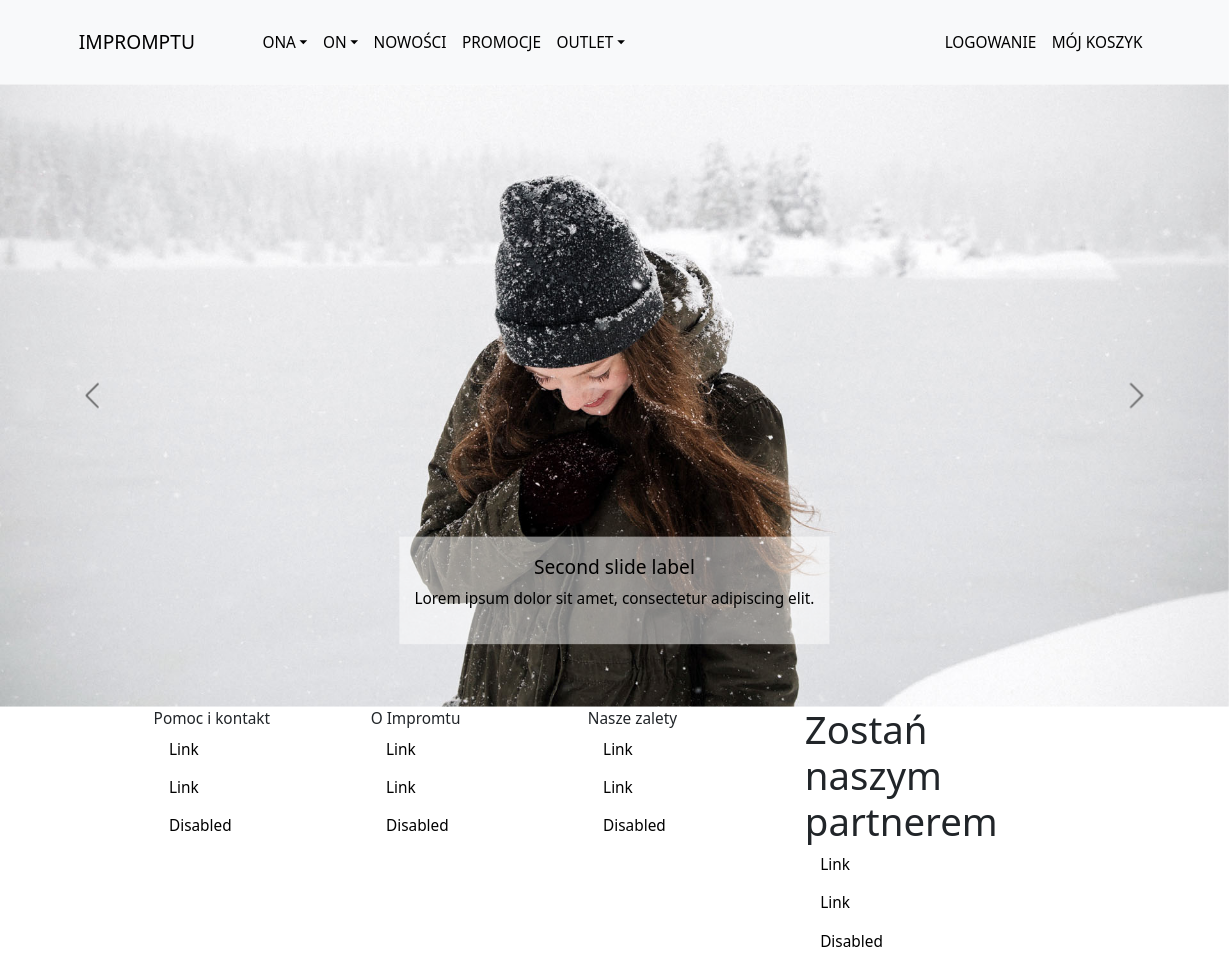
Repository: michalgornicki/Impromptu
Page: /
An editor plug-in stored every save of this project. The page is shown before and after a run of saves, followed by the edit.
The browser window is 1280 px wide. The pictures show the whole page, at 96% of full size.
The project was rebuilt for these pictures with package versions that can differ from the ones it lists, and the page was loaded fresh each time.

Above is the page before, as saved 2021-12-23 13:39:01.

### src/App.jsx
import React from "react";
import "./App.css";
import "bootstrap/dist/css/bootstrap.min.css";
import Container from "react-bootstrap/Container";
import Navbar from "react-bootstrap/Navbar";
import Nav from "react-bootstrap/Nav";
import NavDropdown from "react-bootstrap/NavDropdown";
import Carousel from "react-bootstrap/Carousel";
import Row from "react-bootstrap/Row";
import Col from "react-bootstrap/Col";
import photo1 from "./1.jpg";
import photo2 from "./2.jpg";
import photo3 from "./3.jpg";
import photo4 from "./4.jpg";
import photo5 from "./5.jpg";

function App() {
  return (
    <p>
      <Navbar
        collapseOnSelect
        expand="lg"
        bg="light"
        variant="light"
        className="py-4 display-8 text-dark"
      >
        <Container>
          <Navbar.Brand href="#home" className="w-15">IMPROMPTU</Navbar.Brand>
          <Navbar.Toggle aria-controls="responsive-navbar-nav" />
          <Navbar.Collapse id="responsive-navbar-nav">
            <Nav className="me-auto">
              <NavDropdown title="ONA" id="collasible-nav-dropdown">
                <NavDropdown.Item href="#action/3.1">Action</NavDropdown.Item>
                <NavDropdown.Item href="#action/3.2">
                  Another action
                </NavDropdown.Item>
                <NavDropdown.Item href="#action/3.3">
                  Something
                </NavDropdown.Item>
                <NavDropdown.Divider />
                <NavDropdown.Item href="#action/3.4">
                  Separated link
                </NavDropdown.Item>
              </NavDropdown>
              <NavDropdown title="ON" id="collasible-nav-dropdown">
                <NavDropdown.Item href="#action/3.1">Action</NavDropdown.Item>
                <NavDropdown.Item href="#action/3.2">
                  Another action
                </NavDropdown.Item>
                <NavDropdown.Item href="#action/3.3">
                  Something
                </NavDropdown.Item>
                <NavDropdown.Divider />
                <NavDropdown.Item href="#action/3.4">
                  Separated link
                </NavDropdown.Item>
              </NavDropdown>
              <Nav.Link href="#pricing">NOWOŚCI</Nav.Link>
              <Nav.Link href="#pricing">PROMOCJE</Nav.Link>
              <NavDropdown title="OUTLET" id="collasible-nav-dropdown">
                <div className="flex flex-column">
                  <div className="container">
                <NavDropdown.Item href="#action/3.1">Action</NavDropdown.Item>
                <NavDropdown.Item href="#action/3.2">
                  Another action
                </NavDropdown.Item>
                <NavDropdown.Item href="#action/3.3">
                  Something
                </NavDropdown.Item>
                <NavDropdown.Divider />
                <NavDropdown.Item href="#action/3.4">
                  Separated link
                </NavDropdown.Item>
                </div>
                <div className="container">
                <NavDropdown.Item href="#action/3.1">Action</NavDropdown.Item>
                <NavDropdown.Item href="#action/3.2">
                  Another action
                </NavDropdown.Item>
                <NavDropdown.Item href="#action/3.3">
                  Something
                </NavDropdown.Item>
                <NavDropdown.Divider />
                <NavDropdown.Item href="#action/3.4">
                  Separated link
                </NavDropdown.Item>
                </div>
                </div>
              </NavDropdown>
            </Nav>
            <Nav>
              <Nav.Link href="#deets">LOGOWANIE</Nav.Link>
              <Nav.Link href="#memes">MÓJ KOSZYK</Nav.Link>
            </Nav>
          </Navbar.Collapse>
        </Container>
      </Navbar>

      <Carousel variant="dark" indicators={false}>
  <Carousel.Item>
    <img
      className="d-block w-100"
      src={photo1}
      alt="First slide"
    />
    <Carousel.Caption>
      <h5>First slide label</h5>
      <p>Nulla vitae elit libero, a pharetra augue mollis interdum.</p>
    </Carousel.Caption>
  </Carousel.Item>
  <Carousel.Item>
    <img
      className="d-block w-100"
      src={photo2}
      alt="Second slide"
    />
    <Carousel.Caption>
      <h5>Second slide label</h5>
      <p>Lorem ipsum dolor sit amet, consectetur adipiscing elit.</p>
    </Carousel.Caption>
  </Carousel.Item>
  <Carousel.Item>
    <img
      className="d-block w-100"
      src={photo3}
      alt="Third slide"
    />
    <Carousel.Caption>
      <h5>Third slide label</h5>
      <p>Praesent commodo cursus magna, vel scelerisque nisl consectetur.</p>
    </Carousel.Caption>
  </Carousel.Item>
  <Carousel.Item>
    <img
      className="d-block w-100"
      src={photo4}
      alt="Third slide"
    />
    <Carousel.Caption>
      <h5>Third slide label</h5>
      <p>Praesent commodo cursus magna, vel scelerisque nisl consectetur.</p>
    </Carousel.Caption>
  </Carousel.Item>
  <Carousel.Item>
    <img
      className="d-block w-100"
      src={photo5}
      alt="Third slide"
    />
    <Carousel.Caption>
      <h5>Third slide label</h5>
      <p>Praesent commodo cursus magna, vel scelerisque nisl consectetur.</p>
    </Carousel.Caption>
  </Carousel.Item>
</Carousel>


<Nav
  activeKey="/home"
  className="w-75 m-auto"
>
  <Row>
  <Col>
  <div>
    Pomoc i kontakt
  </div>
  <Nav.Item>
    <Nav.Link eventKey="link-1">Link</Nav.Link>
  </Nav.Item>
  <Nav.Item>
    <Nav.Link eventKey="link-2">Link</Nav.Link>
  </Nav.Item>
  <Nav.Item>
    <Nav.Link eventKey="disabled" disabled>
      Disabled
    </Nav.Link>
  </Nav.Item>
  </Col>
  <Col>
  <div>
    O Impromtu
  </div>
  <Nav.Item>
    <Nav.Link eventKey="link-1">Link</Nav.Link>
  </Nav.Item>
  <Nav.Item>
    <Nav.Link eventKey="link-2">Link</Nav.Link>
  </Nav.Item>
  <Nav.Item>
    <Nav.Link eventKey="disabled" disabled>
      Disabled
    </Nav.Link>
  </Nav.Item>
  </Col>
  <Col>
  <div>
    Nasze zalety
  </div>
  <Nav.Item>
    <Nav.Link eventKey="link-1">Link</Nav.Link>
  </Nav.Item>
  <Nav.Item>
    <Nav.Link eventKey="link-2">Link</Nav.Link>
  </Nav.Item>
  <Nav.Item>
    <Nav.Link eventKey="disabled" disabled>
      Disabled
    </Nav.Link>
  </Nav.Item>
  </Col>
  <Col>
  <div className="display-6">
    Zostań naszym partnerem
  </div>
  <Nav.Item>
    <Nav.Link eventKey="link-1">Link</Nav.Link>
  </Nav.Item>
  <Nav.Item>
    <Nav.Link eventKey="link-2">Link</Nav.Link>
  </Nav.Item>
  <Nav.Item>
    <Nav.Link eventKey="disabled" disabled>
      Disabled
    </Nav.Link>
  </Nav.Item>
  </Col>
  </Row>
</Nav>


    </p>
  );
}

export default App;

### src/App.css
.w-15{
    width: 15%!important;
}

.display-7{
    font-size: 1rem;
}

.display-8{
    font-size: 1rem;
}

.nav-link {
    color: black!important;
}

.carousel img {
    height: 90vh;
    object-fit: cover;
}

.carousel-caption{
    background-color: rgba(255, 255, 255, 0.5);
    bottom: 10%!important;
    width: 35%;
    margin: auto;
}

Loaded but not shown: public/index.html (common file); src/index.js (common file); src/index.css (common file); src/reportWebVitals.js (common file)

After the next 2 saves:
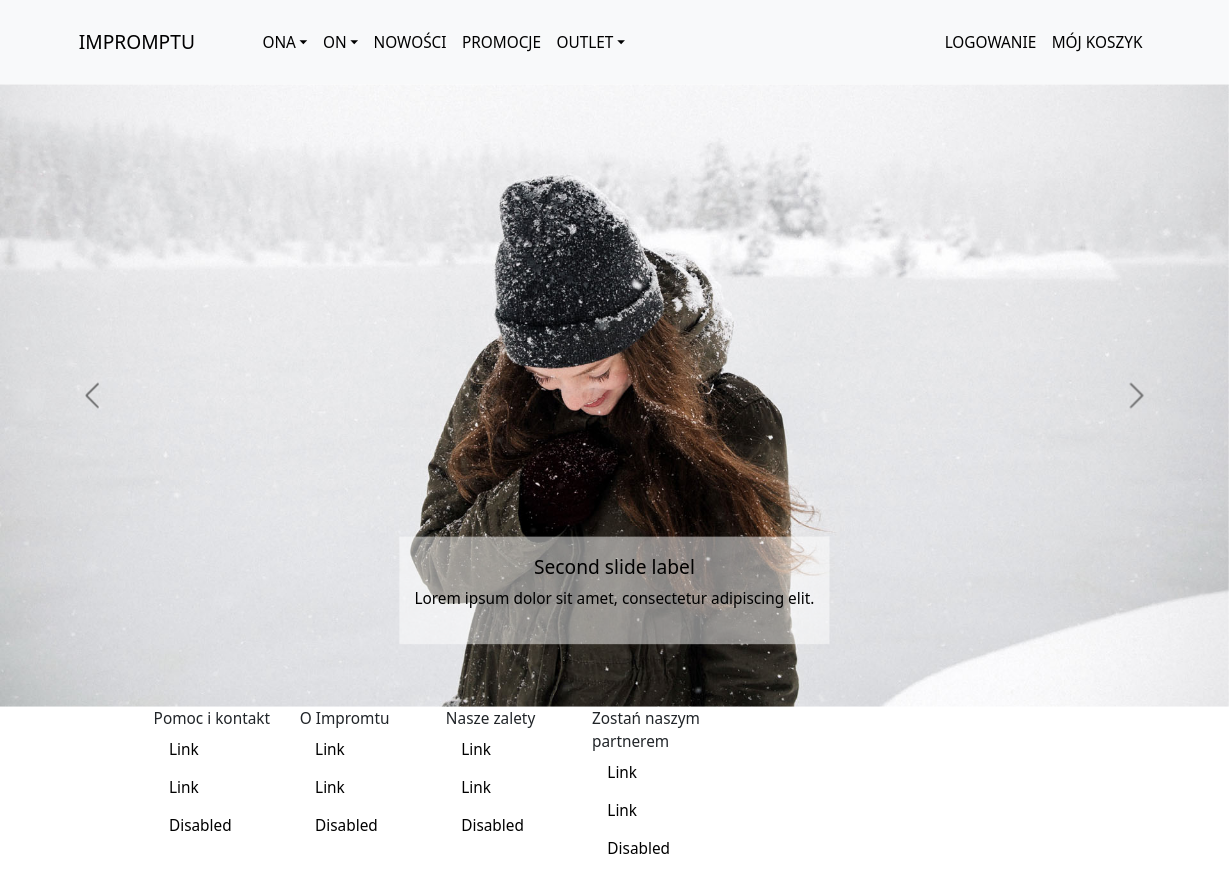
The 2 saves are shown as one change because they came seconds apart.
The last was saved 6 s later.
--- a/src/App.jsx
+++ b/src/App.jsx
@@ -209,7 +209,7 @@ function App() {
   </Nav.Item>
   </Col>
   <Col>
-  <div className="display-6">
+  <div className="display-7">
     Zostań naszym partnerem
   </div>
   <Nav.Item>
